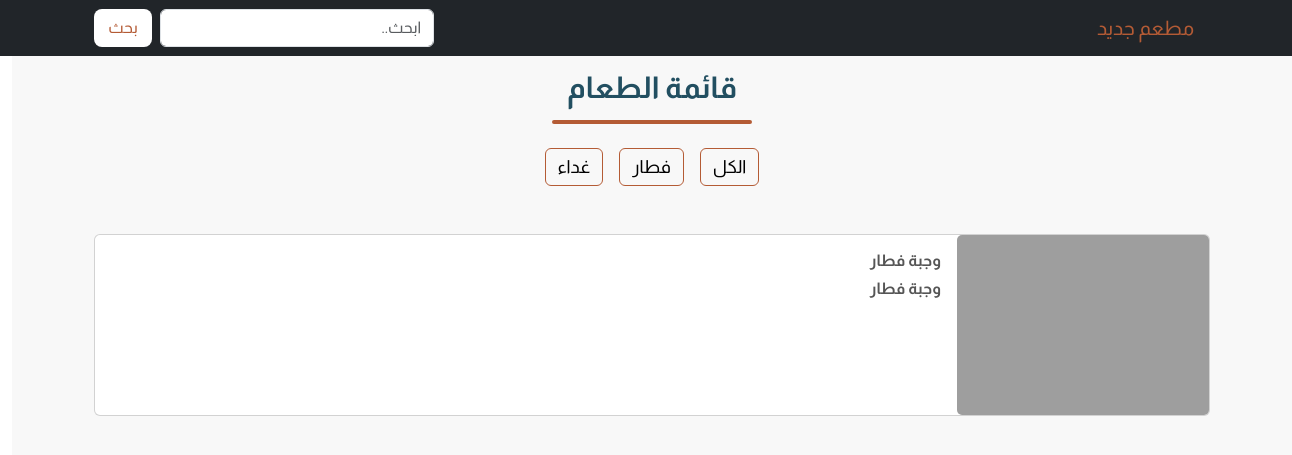
Repository: kerlos-alfy/Restaurant-Menu
Page: /
The author's editor kept a copy of each file at every save. The page is drawn from the files as they stood at one save, then again after the next save.
The browser window is 1280 px wide. The page is 1292 px wide, so the pictures cover 1292 px, including what lies to the right of the window. The pictures show the whole page.
Pictures or frames that could not be fetched are drawn as grey boxes. Some web fonts or font styles are not loaded; a fallback is used. The project was rebuilt for these pictures with package versions that can differ from the ones it lists, and the page was loaded fresh each time. Also part of the build but not shown: vite.config.js, src/App.css.

Above is the page before, as saved 2024-12-20 01:29:32.

### index.html
<!DOCTYPE html>
<html lang="ar" dir="rtl">
	<head>
		<meta charset="UTF-8" />
		<link rel="icon" type="image/svg+xml" href="/vite.svg" />
		<link
			rel="stylesheet"
			href="https://cdn.jsdelivr.net/npm/bootstrap@5.3.2/dist/css/bootstrap.min.css"
			integrity="sha384-T3c6CoIi6uLrA9TneNEoa7RxnatzjcDSCmG1MXxSR1GAsXEV/Dwwykc2MPK8M2HN"
			crossorigin="anonymous" />
		<!-- Start Font Google Arabic  -->
		<link rel="preconnect" href="https://fonts.googleapis.com" />
		<link rel="preconnect" href="https://fonts.gstatic.com" crossorigin />
		<link
			href="https://fonts.googleapis.com/css2?family=Alkalami&family=Almarai:wght@300;400;700;800&family=Cairo:wght@200..1000&family=Rakkas&display=swap"
			rel="stylesheet" />
		<!-- End Font Google Arabic  -->
		<meta name="viewport" content="width=device-width, initial-scale=1.0" />
		<title>Vite + React</title>
	</head>
	<body>
		<div id="root"></div>
		<script type="module" src="/src/main.jsx"></script>
	</body>
</html>

### src/index.css
/* :root {
  font-family: Inter, system-ui, Avenir, Helvetica, Arial, sans-serif;
  line-height: 1.5;
  font-weight: 400;

  color-scheme: light dark;
  color: rgba(255, 255, 255, 0.87);
  background-color: #242424;

  font-synthesis: none;
  text-rendering: optimizeLegibility;
  -webkit-font-smoothing: antialiased;
  -moz-osx-font-smoothing: grayscale;
}

a {
  font-weight: 500;
  color: #646cff;
  text-decoration: inherit;
}
a:hover {
  color: #535bf2;
}

body {
  margin: 0;
  display: flex;
  place-items: center;
  min-width: 320px;
  min-height: 100vh;
}

h1 {
  font-size: 3.2em;
  line-height: 1.1;
}

button {
  border-radius: 8px;
  border: 1px solid transparent;
  padding: 0.6em 1.2em;
  font-size: 1em;
  font-weight: 500;
  font-family: inherit;
  background-color: #1a1a1a;
  cursor: pointer;
  transition: border-color 0.25s;
}
button:hover {
  border-color: #646cff;
}
button:focus,
button:focus-visible {
  outline: 4px auto -webkit-focus-ring-color;
}

@media (prefers-color-scheme: light) {
  :root {
    color: #213547;
    background-color: #ffffff;
  }
  a:hover {
    color: #747bff;
  }
  button {
    background-color: #f9f9f9;
  }
} */

.color-body {
	background-color: #f8f8f8;
	height: 100vh;
}
.font {
	font-family: "Almarai", sans-serif;
}
.title {
	color: #224f61;
	font-family: Almarai;
	font-size: 30px;
	font-weight: bold;
	letter-spacing: 0;
	line-height: 64px;
}
.underline {
	height: 1px;
	width: 200px;
	border-radius: 10px;
	border: 2px solid #b45b35;
}
.btn {
	color: black;
	font-family: Almarai;
	font-size: 18px;
	letter-spacing: 0;
	line-height: 24px;
}
.btn:hover {
	color: black;
	font-family: Almarai;
	font-size: 18px;
	font-weight: bold;
	letter-spacing: 0;
	line-height: 24px;
	border-radius: 11px;
	border: none;
	background-color: #b45b35;
}
.img-item {
	height: 180px;
	width: 252px;
	border-radius: 5px;
}
.item-description {
	color: #8c8c8c;
	font-family: Almarai;
	font-size: 16px;
	letter-spacing: 0;
	line-height: 20px;
}
.item-title {
	color: #555555;
	font-family: Almarai;
	font-size: 16px;
	font-weight: bold;
	letter-spacing: 0;
	line-height: 20px;
}
.card-color {
	background-color: #f8f8f8;
}
.item-price {
	color: #b45b35;
	font-family: Almarai;
	font-size: 16px;
	font-weight: bold;
	letter-spacing: 0;
	line-height: 20px;
}
.btn-search {
	border: none;
	cursor: pointer;
	color: #b45b35;
	border-radius: 3px solid #b45b35;
	border-radius: 8px;
	background-color: white;
	width: 72px;
	font-weight: 500;
}
.btn-search:hover {
	color: white;
	border-radius: 3px solid white;
	background-color: #b45b35;
	border-radius: 8px;
}
.brand-color {
	color: #b45b35;
}

### src/App.jsx
import { Container } from "react-bootstrap";
import "./App.css";
import NavBar from "./components/NavBar";
import Header from "./components/Header";
import Category from "./components/Category";
import ItemsList from "./components/ItemsList";
function App() {
	return (
		<div className="color-body font">
			<NavBar />
			<Container>
				<Header />
				<Category />
				<ItemsList />
			</Container>
		</div>
	);
}

export default App;

### src/components/NavBar.jsx
import { Navbar, Container, Row, Nav, Form, FormControl } from "react-bootstrap";
const NavBar = () => {
	return (
		<Row>
			<Navbar bg="dark" expand="lg" variant="dark">
				<Container>
					<Navbar.Brand href="#">
						<div className="brand-color">مطعم جديد</div>
					</Navbar.Brand>
					<Navbar.Toggle aria-controls="navbarScroll" />
					<Navbar.Collapse id="navbarScroll">
						<Nav className="me-auto my-2 my-lg-0" style={{ maxHeight: "100px" }} navbarScroll></Nav>
						<Form className="d-flex">
							<FormControl type="text" placeholder="ابحث.." className="mx-2" />
							<button className="btn-search">بحث</button>
						</Form>
					</Navbar.Collapse>
				</Container>
			</Navbar>
		</Row>
	);
};

export default NavBar;

### src/components/Header.jsx
import { Col, Row } from "react-bootstrap";

const Header = () => {
	return (
		<Row>
			<Col sm="12" className="text-center justify-content-center">
				<div className="title">قائمة الطعام </div>
				<div className="justify-content-center d-flex">
					<p className="underline"></p>
				</div>
			</Col>
		</Row>
	);
};

export default Header;

### src/components/Category.jsx
import { Col, Row } from "react-bootstrap";

const Category = () => {
	return (
		<Row className="my-2 mb-5">
			<Col sm="12" className=" justify-content-center d-flex">
				<div>
					<button style={{ border: "1px solid #b45b35" }} className="btn mx-2">
						الكل
					</button>
					<button style={{ border: "1px solid #b45b35" }} className="btn mx-2">
						فطار
					</button>
					<button style={{ border: "1px solid #b45b35" }} className="btn mx-2">
						غداء
					</button>
				</div>
			</Col>
		</Row>
	);
};

export default Category;

### src/components/ItemsList.jsx
import { Card, Col, Row } from "react-bootstrap";

const ItemsList = () => {
	return (
		<Row>
			<Col sm="12" className="mb-3">
				<Card className="d-flex flex-row">
					<Card.Img className="img-item" variant="top" src="https://ichef.bbci.co.uk/food/ic/food_16x9_832/recipes/spicy_salmon_bite_rice_16300_16x9.jpg" />
					<Card.Body>
						<Card.Title>
							<div className="item-title">وجبة فطار</div>
						</Card.Title>
						<Card.Text>
							<div className="item-title">وجبة فطار</div>
						</Card.Text>
					</Card.Body>
				</Card>
			</Col>
		</Row>
	);
};

export default ItemsList;

Loaded but not shown: src/main.jsx (common file)

After the next save:
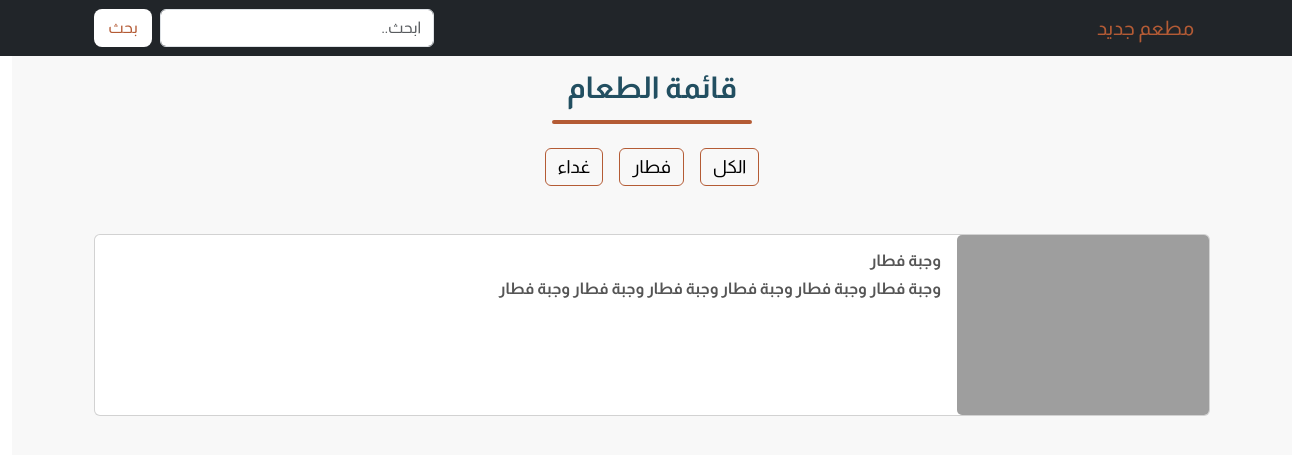
Saved 24 s later.
--- a/src/components/ItemsList.jsx
+++ b/src/components/ItemsList.jsx
@@ -11,7 +11,7 @@ const ItemsList = () => {
 							<div className="item-title">وجبة فطار</div>
 						</Card.Title>
 						<Card.Text>
-							<div className="item-title">وجبة فطار</div>
+							<div className="item-title">وجبة فطار وجبة فطار وجبة فطار وجبة فطار وجبة فطار وجبة فطار</div>
 						</Card.Text>
 					</Card.Body>
 				</Card>
